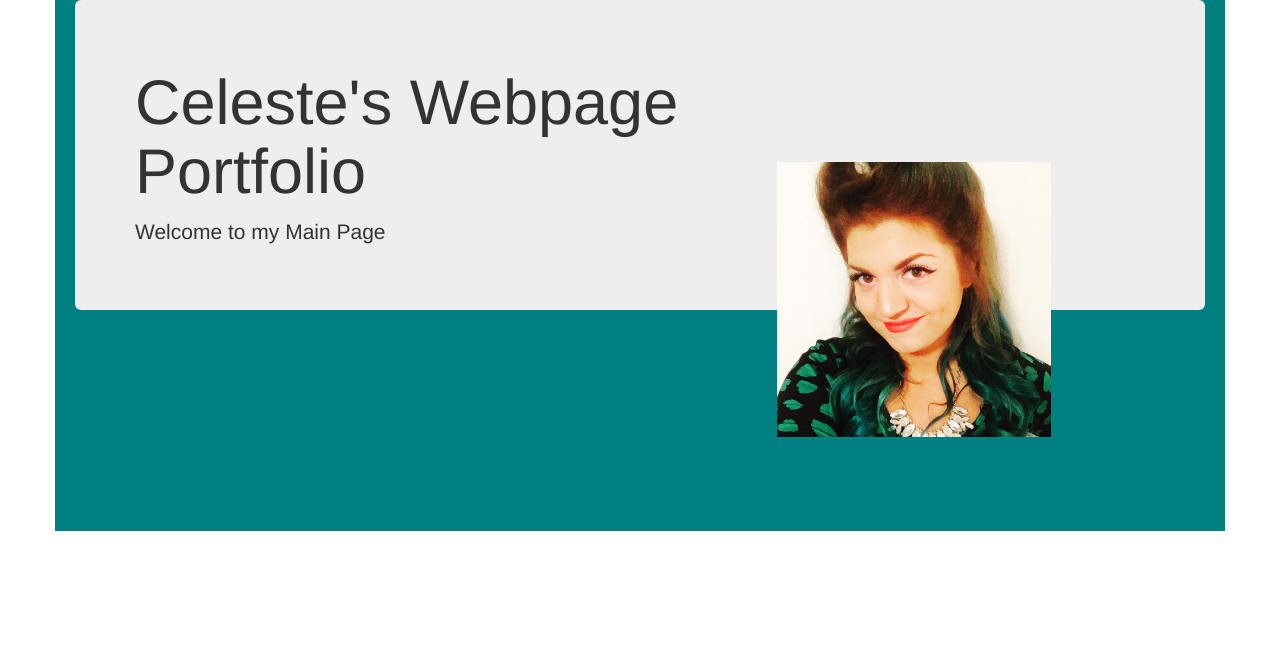
Repository: fieldceleste/portfolio-celeste
Page: portfolio-celeste.html
An editor plug-in stored every save of this project. The page is shown before and after the next save, followed by the edit.
The browser window is 1280 px wide. The pictures show the whole page.

Above is the page before, as saved 2019-11-01 12:23:50.

After the next save:
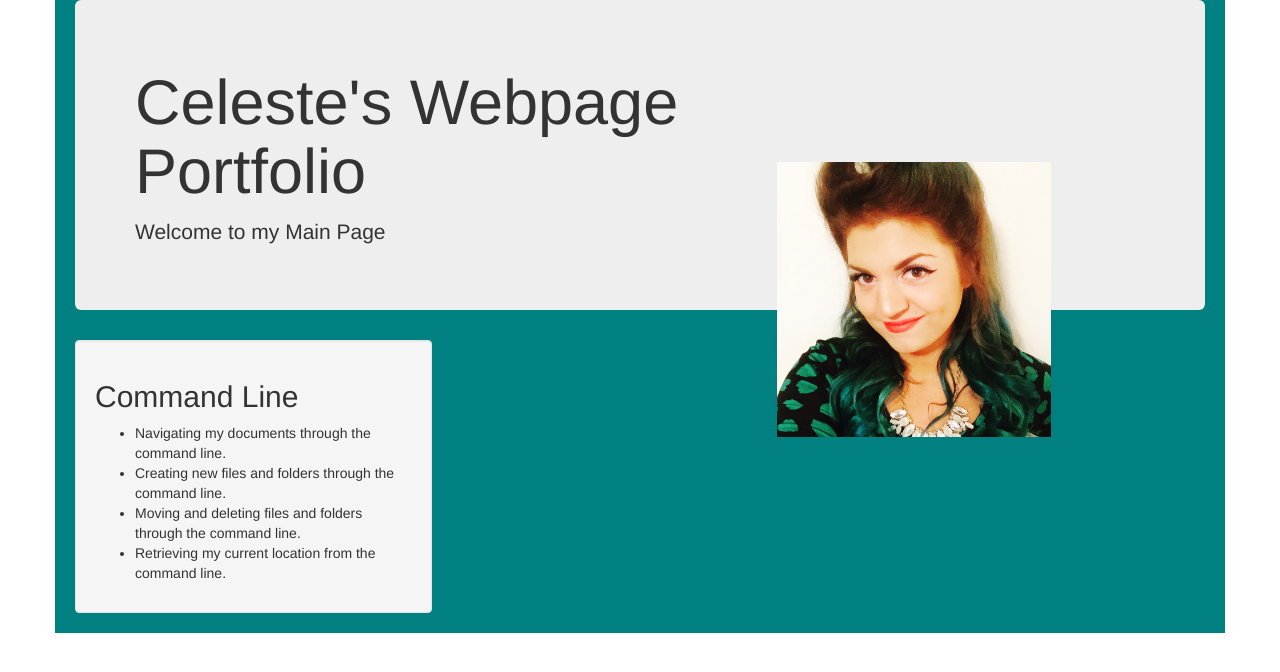
Saved 91 s later.
--- a/portfolio-celeste.html
+++ b/portfolio-celeste.html
@@ -10,6 +10,19 @@
       <div class="jumbotron">
         <h1><img src="img/celeste.jpeg" class="img" alt="photo of celeste field"> Celeste's Webpage Portfolio </h1>
         <p>Welcome to my Main Page</p>
+    </div>
+    <div class="row">
+      <div class="col-md-4">
+        <div class="well">
+          <h2>Command Line</h2>
+          <ul>
+            <li>Navigating my documents through the command line.</li>
+            <li>Creating new files and folders through the command line.</li>
+            <li>Moving and deleting files and folders through the command line.</li>
+            <li>Retrieving my current location from the command line.</li>
+          </ul>
+        </div>
+
 
 
   </body>
